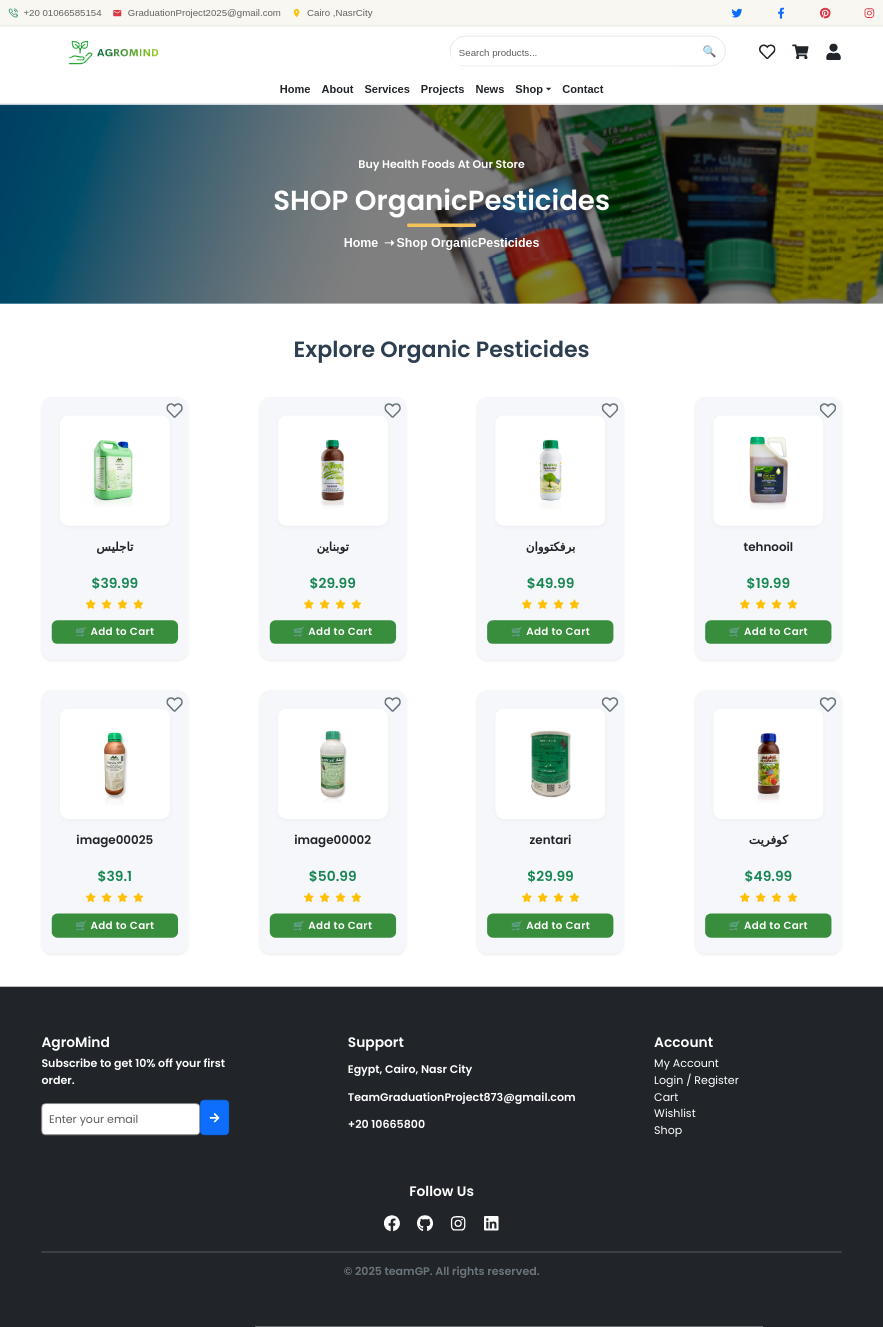
Repository: ShimaaMohamedRoshdi/WorkSpace-agromind
Page: /category/organic (app in agricultural-management-system-vs/agricultural-management-system-main/)
These files come from the project's save history. The page is drawn as it stood at one moment and after the next save; the edit follows.
The browser window is 1280 px wide. The pictures show the whole page, at 69% of full size.
Backgrounds fixed to the window are drawn as part of the page. The project was rebuilt for these pictures with package versions that can differ from the ones it lists, and the page was loaded fresh each time. Also part of the build but not shown: agricultural-management-system-vs/agricultural-management-system-main/vite.config.js, agricultural-management-system-vs/agricultural-management-system-main/services/api.jsx, agricultural-management-system-vs/agricultural-management-system-main/src/pages/SignUp.jsx, agricultural-management-system-vs/agricultural-management-system-main/src/pages/SignIn.jsx, agricultural-management-system-vs/agricultural-management-system-main/src/components/HealthyFoods.css, agricultural-management-system-vs/agricultural-management-system-main/src/components/HealthyFoods.jsx, agricultural-management-system-vs/agricultural-management-system-main/src/components/Products.jsx, agricultural-management-system-vs/agricultural-management-system-main/src/components/AgricultureSkill.jsx and 37 more.

Above is the page before, as saved 2025-05-02 23:43:18.

After the next save:
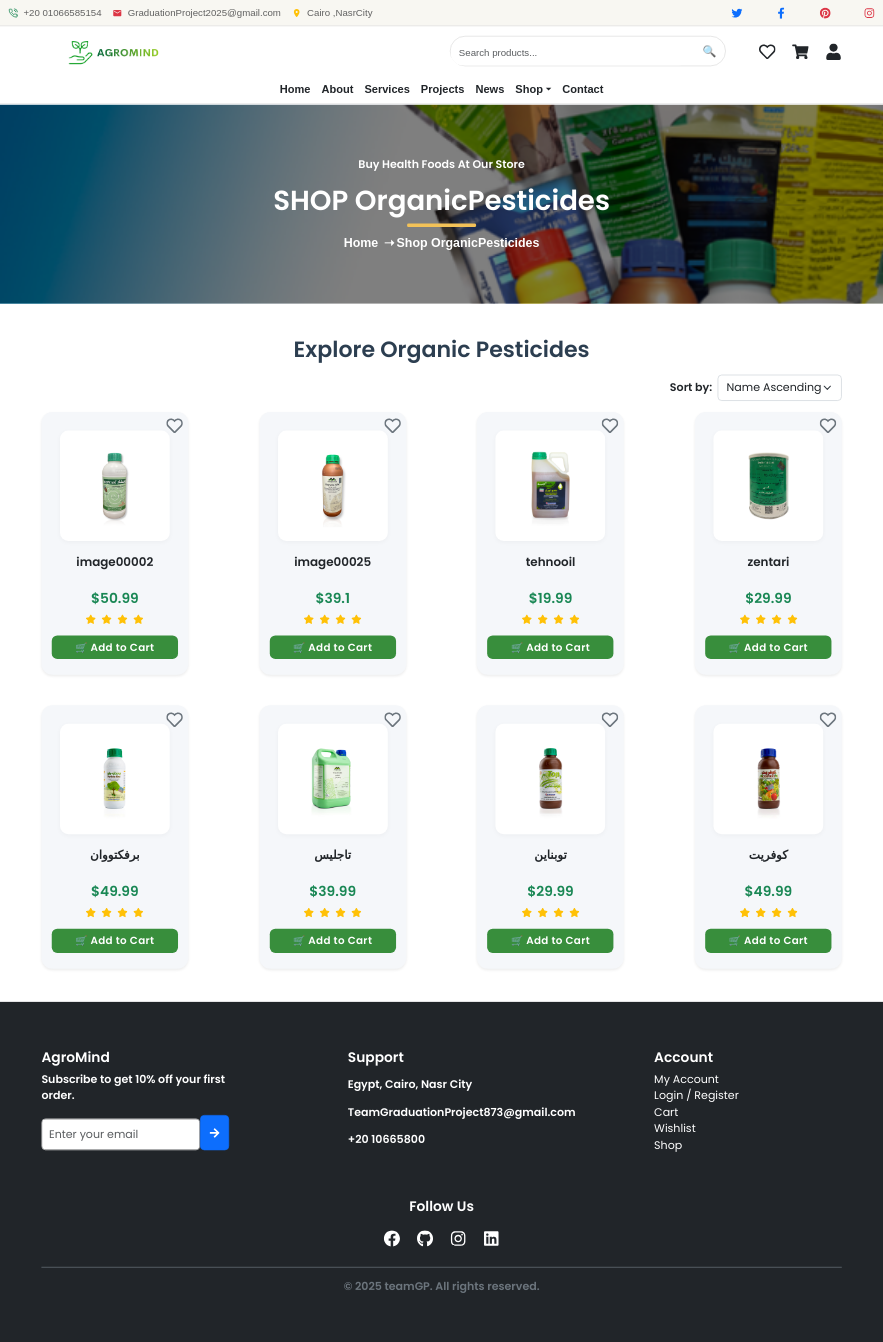
Saved 22 s later.
--- a/agricultural-management-system-vs/agricultural-management-system-main/src/pages/OrganicPesticides.jsx
+++ b/agricultural-management-system-vs/agricultural-management-system-main/src/pages/OrganicPesticides.jsx
@@ -1,24 +1,55 @@
-import React from "react";
+import React, { useState } from "react";
 import { useSelector } from "react-redux";
 import ProductCard from "../components/ProductCard";
 import Bannerorganic from "../components/Bannerorganic";
 
 const OrganicPesticides = () => {
   const products = useSelector((state) => state.product.products3);
+  const [sortOption, setSortOption] = useState("nameAsc");
 
   if (!products || products.length === 0) {
     return <p className="text-center">No products available.</p>;
   }
+
+  const sortedProducts = [...products].sort((a, b) => {
+    switch (sortOption) {
+      case "nameAsc":
+        return a.name.localeCompare(b.name);
+      case "nameDesc":
+        return b.name.localeCompare(a.name);
+      case "priceAsc":
+        return a.price - b.price;
+      case "priceDesc":
+        return b.price - a.price;
+      default:
+        return 0;
+    }
+  });
+
   return (
     <div>
       <Bannerorganic />
       <div className="container py-5 ">
-        <h2 className="text-center mb-5 fw-bold">Explore Organic Pesticides</h2>
-        <div
-          className="row row-cols-1 row-cols-md-3 row-cols-lg-5
-   g-4"
-        >
-          {products.map((product) => (
+        <h2 className="text-center mb-3 fw-bold">Explore Organic Pesticides</h2>
+        <div className="d-flex justify-content-end mb-3 align-items-center">
+          <label htmlFor="sort" className="me-2 fw-semibold">
+            Sort by:
+          </label>
+          <select
+            id="sort"
+            value={sortOption}
+            onChange={(e) => setSortOption(e.target.value)}
+            className="form-select w-auto"
+            style={{ minWidth: "180px", cursor: "pointer", borderRadius: "0.375rem", borderColor: "#ced4da", padding: "0.375rem 0.75rem" }}
+          >
+            <option value="nameAsc">Name Ascending</option>
+            <option value="nameDesc">Name Descending</option>
+            <option value="priceAsc">Price Ascending</option>
+            <option value="priceDesc">Price Descending</option>
+          </select>
+        </div>
+        <div className="row row-cols-1 row-cols-md-3 row-cols-lg-5 g-4">
+          {sortedProducts.map((product) => (
             <div key={product.id} className="col">
               <ProductCard product={product} />
             </div>
